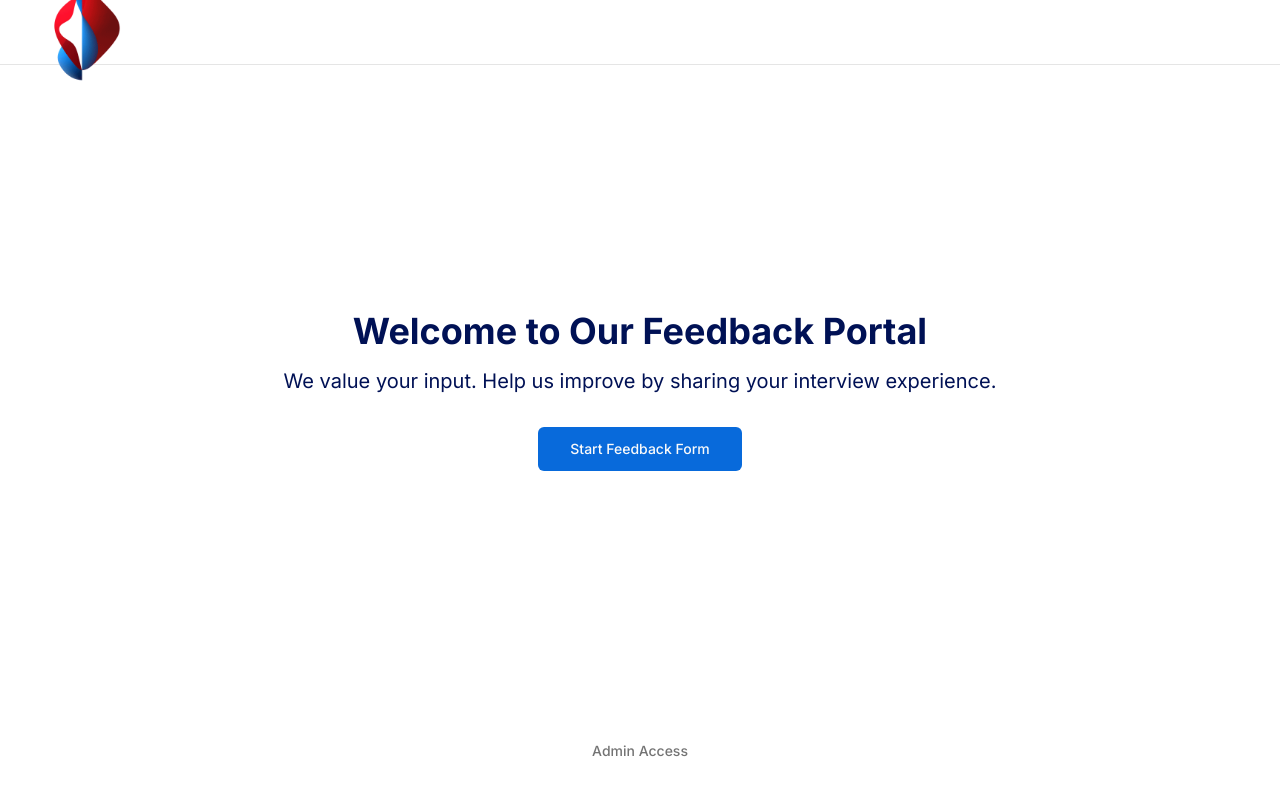
Repository: imets01/swisscom-feedback-app
Page: / (app in frontend/)
These files come from the project's save history. The page is drawn as it stood at one moment and after the next save; the edit follows.
The browser window is 1280 px wide. The pictures show the whole page.
The project was rebuilt for these pictures with package versions that can differ from the ones it lists, and the page was loaded fresh each time. The framework's server and built-in components were replaced by stand-ins that run in the browser. Also part of the build but not shown: frontend/next.config.mjs, frontend/src/components/ui/label.jsx, frontend/src/components/ui/form.jsx, frontend/src/components/ui/input.jsx, frontend/src/components/ui/card.jsx, frontend/src/app/components/loginForm.js, frontend/src/app/login/page.js.

Above is the page before, as saved 2024-11-30 18:58:52.

### frontend/src/app/layout.jsx
import "./globals.css";
import { Inter } from "next/font/google";
import Header from "./components/headerComponent"; // Default import

const inter = Inter({ subsets: ["latin"] });

export const metadata = {
  title: "Interview Feedback Form",
  description: "Submit your feedback about the interview process",
};

export default function RootLayout({ children }) {
  return (
    <html lang="en">
      <body className={inter.className}>
        {/* Global Header */}
        <Header />

        {/* Page content */}
        {children}
      </body>
    </html>
  );
}

### frontend/src/app/page.js
import Link from "next/link";
import { Button } from "@/components/ui/button";
import {
  Drawer,
  DrawerClose,
  DrawerContent,
  DrawerDescription,
  DrawerFooter,
  DrawerHeader,
  DrawerTitle,
  DrawerTrigger,
} from "@/components/ui/drawer";
import LoginPage from "./login/page";

export default function Home() {
  return (
    <div className="min-h-screen flex flex-col">
      <main className="flex-grow flex items-center justify-center">
        <div className="text-center">
          <h1 className="text-4xl text-primary font-bold mb-4">
            Welcome to Our Feedback Portal
          </h1>

          <p className="text-xl text-primary mb-8">
            We value your input. Help us improve by sharing your interview
            experience.
          </p>
          <Button asChild variant="secondary" size="lg">
            <Link href="/feedback">Start Feedback Form</Link>
          </Button>
        </div>
      </main>

      <footer className="p-4 text-center">
        <Drawer>
          <DrawerTrigger className=" h-9 w-fit rounded-md px-3 text-sm font-medium text-muted-foreground hover:text-foreground hover:bg-accent">
            Admin Access
          </DrawerTrigger>
          <DrawerContent>
            <DrawerHeader>
              <DrawerTitle></DrawerTitle>
              <DrawerDescription></DrawerDescription>
              <LoginPage />
            </DrawerHeader>
            <DrawerFooter className="flex justify-center items-center">
              <DrawerClose asChild>
                <Button
                  variant="outline"
                  className="h-9 w-fittransition-colors text-muted-foreground hover:text-foreground hover:bg-accent"
                >
                  Cancel
                </Button>
              </DrawerClose>
            </DrawerFooter>
          </DrawerContent>
        </Drawer>
      </footer>
    </div>
  );
}

### frontend/src/app/globals.css
@tailwind base;
@tailwind components;
@tailwind utilities;

body {
  font-family: Arial, Helvetica, sans-serif;
}

@layer base {
  :root {
    --background: 0 0% 100%;
    --foreground: 0 0% 3.9%;
    --card: 0 0% 100%;
    --card-foreground: 0 0% 3.9%;
    --popover: 0 0% 100%;
    --popover-foreground: 0 0% 3.9%;
    /* --primary: 0 0% 9%; */
    --primary: 228 100% 16.7%;
    --primary-foreground: 0 0% 98%;
    --secondary: 212 93% 44.5%;
    --secondary-foreground: 212 93% 35%;
    --muted: 0 0% 96.1%;
    --muted-foreground: 0 0% 45.1%;
    --accent: 0 0% 96.1%;
    --accent-foreground: 0 0% 9%;
    --destructive: 0 84.2% 60.2%;
    --destructive-foreground: 0 0% 98%;
    --border: 0 0% 89.8%;
    --input: 0 0% 89.8%;
    --ring: 0 0% 3.9%;
    --chart-1: 12 76% 61%;
    --chart-2: 173 58% 39%;
    --chart-3: 197 37% 24%;
    --chart-4: 43 74% 66%;
    --chart-5: 27 87% 67%;
    --radius: 0.5rem;
    --sidebar-background: 0 0% 98%;
    --sidebar-foreground: 240 5.3% 26.1%;
    --sidebar-primary: 240 5.9% 10%;
    --sidebar-primary-foreground: 0 0% 98%;
    --sidebar-accent: 240 4.8% 95.9%;
    --sidebar-accent-foreground: 240 5.9% 10%;
    --sidebar-border: 220 13% 91%;
    --sidebar-ring: 217.2 91.2% 59.8%;
  }
  .dark {
    --background: 0 0% 3.9%;
    --foreground: 0 0% 98%;
    --card: 0 0% 3.9%;
    --card-foreground: 0 0% 98%;
    --popover: 0 0% 3.9%;
    --popover-foreground: 0 0% 98%;
    --primary: 0 0% 98%;
    --primary-foreground: 0 0% 9%;
    --secondary: 0 0% 14.9%;
    --secondary-foreground: 0 0% 98%;
    --muted: 0 0% 14.9%;
    --muted-foreground: 0 0% 63.9%;
    --accent: 0 0% 14.9%;
    --accent-foreground: 0 0% 98%;
    --destructive: 0 62.8% 30.6%;
    --destructive-foreground: 0 0% 98%;
    --border: 0 0% 14.9%;
    --input: 0 0% 14.9%;
    --ring: 0 0% 83.1%;
    --chart-1: 220 70% 50%;
    --chart-2: 160 60% 45%;
    --chart-3: 30 80% 55%;
    --chart-4: 280 65% 60%;
    --chart-5: 340 75% 55%;
    --sidebar-background: 240 5.9% 10%;
    --sidebar-foreground: 240 4.8% 95.9%;
    --sidebar-primary: 224.3 76.3% 48%;
    --sidebar-primary-foreground: 0 0% 100%;
    --sidebar-accent: 240 3.7% 15.9%;
    --sidebar-accent-foreground: 240 4.8% 95.9%;
    --sidebar-border: 240 3.7% 15.9%;
    --sidebar-ring: 217.2 91.2% 59.8%;
  }
}

@layer base {
  * {
    @apply border-border;
  }
  body {
    @apply bg-background text-foreground;
  }
}

### frontend/src/app/components/headerComponent.js
import Link from "next/link";
import Image from "next/image"; // Import the Image component

export default function Header() {
  return (
    <header className="bg-background border-b">
      <div className="container mx-auto px-4 sm:px-6 lg:px-8">
        <div className="flex items-center justify-between h-16">
          <div className="flex items-center">
            <Image
              src="/650a16197f1c9d8e2dc7593a_SC-Lifeform.gif" // Path to the gif in the public folder
              alt="Lifeform Animation" // Alt text for accessibility
              width={100} // Set the width of the GIF
              height={100} // Set the height of the GIF
            />
          </div>
        </div>
      </div>
    </header>
  );
}

### frontend/src/components/ui/button.jsx
import * as React from "react";
import { Slot } from "@radix-ui/react-slot";
import { cva } from "class-variance-authority";

import { cn } from "@/lib/utils";

const buttonVariants = cva(
  "inline-flex items-center justify-center gap-2 whitespace-nowrap rounded-md text-sm font-medium ring-offset-background transition-colors focus-visible:outline-none focus-visible:ring-2 focus-visible:ring-ring focus-visible:ring-offset-2 disabled:pointer-events-none disabled:opacity-50 [&_svg]:pointer-events-none [&_svg]:size-4 [&_svg]:shrink-0",
  {
    variants: {
      variant: {
        default: "bg-primary text-primary-foreground hover:bg-primary/90",
        destructive:
          "bg-destructive text-destructive-foreground hover:bg-destructive/90",
        outline:
          "border border-input bg-background hover:bg-accent hover:text-accent-foreground",
        secondary:
          "bg-secondary text-primary-foreground hover:bg-secondary-foreground",
        ghost: "hover:bg-accent hover:text-accent-foreground",
        link: "text-primary underline-offset-4 hover:underline",
      },
      size: {
        default: "h-10 px-4 py-2",
        sm: "h-9 rounded-md px-3",
        lg: "h-11 rounded-md px-8",
        icon: "h-10 w-10",
      },
    },
    defaultVariants: {
      variant: "default",
      size: "default",
    },
  }
);

const Button = React.forwardRef(
  ({ className, variant, size, asChild = false, ...props }, ref) => {
    const Comp = asChild ? Slot : "button";
    return (
      <Comp
        className={cn(buttonVariants({ variant, size, className }))}
        ref={ref}
        {...props}
      />
    );
  }
);
Button.displayName = "Button";

export { Button, buttonVariants };

### frontend/src/components/ui/drawer.jsx
"use client"

import * as React from "react"
import { Drawer as DrawerPrimitive } from "vaul"

import { cn } from "@/lib/utils"

const Drawer = ({
  shouldScaleBackground = true,
  ...props
}) => (
  <DrawerPrimitive.Root shouldScaleBackground={shouldScaleBackground} {...props} />
)
Drawer.displayName = "Drawer"

const DrawerTrigger = DrawerPrimitive.Trigger

const DrawerPortal = DrawerPrimitive.Portal

const DrawerClose = DrawerPrimitive.Close

const DrawerOverlay = React.forwardRef(({ className, ...props }, ref) => (
  <DrawerPrimitive.Overlay
    ref={ref}
    className={cn("fixed inset-0 z-50 bg-black/80", className)}
    {...props} />
))
DrawerOverlay.displayName = DrawerPrimitive.Overlay.displayName

const DrawerContent = React.forwardRef(({ className, children, ...props }, ref) => (
  <DrawerPortal>
    <DrawerOverlay />
    <DrawerPrimitive.Content
      ref={ref}
      className={cn(
        "fixed inset-x-0 bottom-0 z-50 mt-24 flex h-auto flex-col rounded-t-[10px] border bg-background",
        className
      )}
      {...props}>
      <div className="mx-auto mt-4 h-2 w-[100px] rounded-full bg-muted" />
      {children}
    </DrawerPrimitive.Content>
  </DrawerPortal>
))
DrawerContent.displayName = "DrawerContent"

const DrawerHeader = ({
  className,
  ...props
}) => (
  <div
    className={cn("grid gap-1.5 p-4 text-center sm:text-left", className)}
    {...props} />
)
DrawerHeader.displayName = "DrawerHeader"

const DrawerFooter = ({
  className,
  ...props
}) => (
  <div className={cn("mt-auto flex flex-col gap-2 p-4", className)} {...props} />
)
DrawerFooter.displayName = "DrawerFooter"

const DrawerTitle = React.forwardRef(({ className, ...props }, ref) => (
  <DrawerPrimitive.Title
    ref={ref}
    className={cn("text-lg font-semibold leading-none tracking-tight", className)}
    {...props} />
))
DrawerTitle.displayName = DrawerPrimitive.Title.displayName

const DrawerDescription = React.forwardRef(({ className, ...props }, ref) => (
  <DrawerPrimitive.Description
    ref={ref}
    className={cn("text-sm text-muted-foreground", className)}
    {...props} />
))
DrawerDescription.displayName = DrawerPrimitive.Description.displayName

export {
  Drawer,
  DrawerPortal,
  DrawerOverlay,
  DrawerTrigger,
  DrawerClose,
  DrawerContent,
  DrawerHeader,
  DrawerFooter,
  DrawerTitle,
  DrawerDescription,
}

Loaded but not shown: frontend/src/lib/utils.js (common file); frontend/tailwind.config.js (common file)

After the next save:
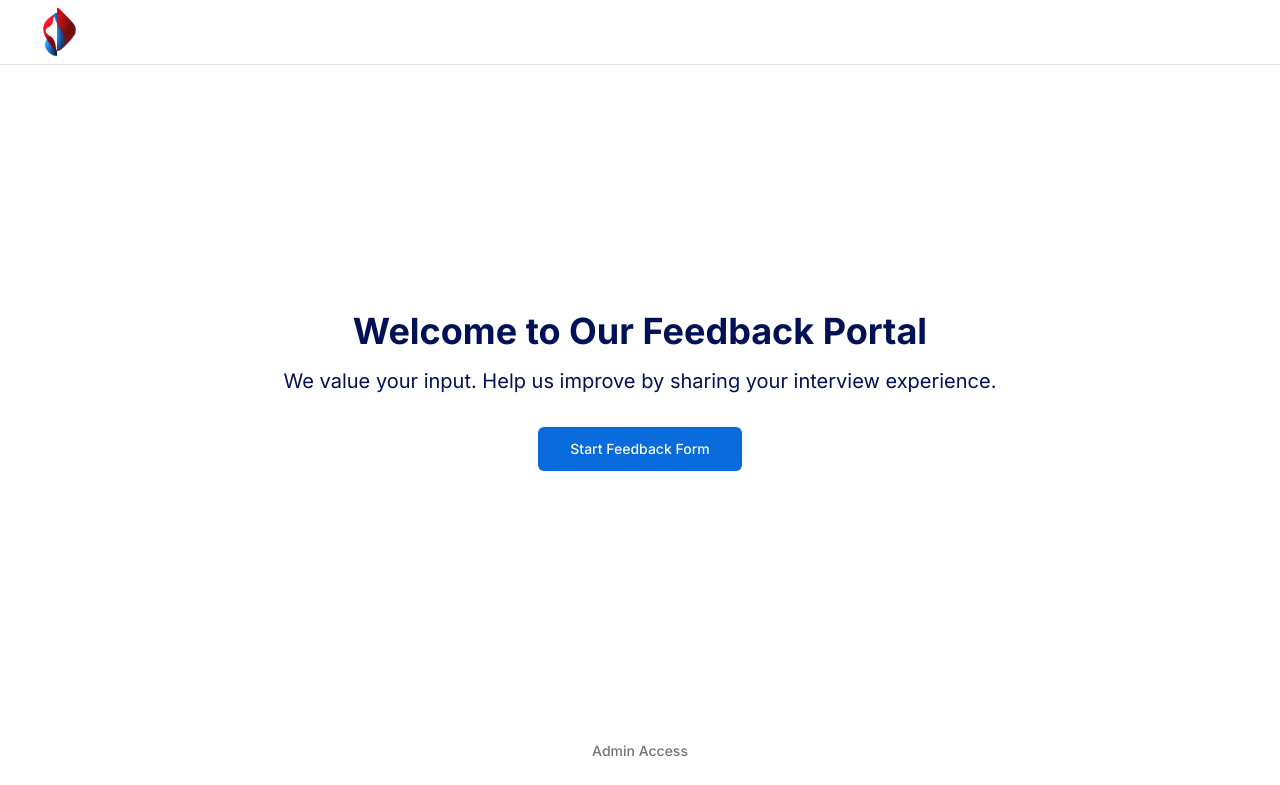
Saved 7 s later.
--- a/frontend/src/app/components/headerComponent.js
+++ b/frontend/src/app/components/headerComponent.js
@@ -10,8 +10,8 @@ export default function Header() {
             <Image
               src="/650a16197f1c9d8e2dc7593a_SC-Lifeform.gif" // Path to the gif in the public folder
               alt="Lifeform Animation" // Alt text for accessibility
-              width={100} // Set the width of the GIF
-              height={100} // Set the height of the GIF
+              width={50} // Set the width of the GIF
+              height={50} // Set the height of the GIF
             />
           </div>
         </div>
